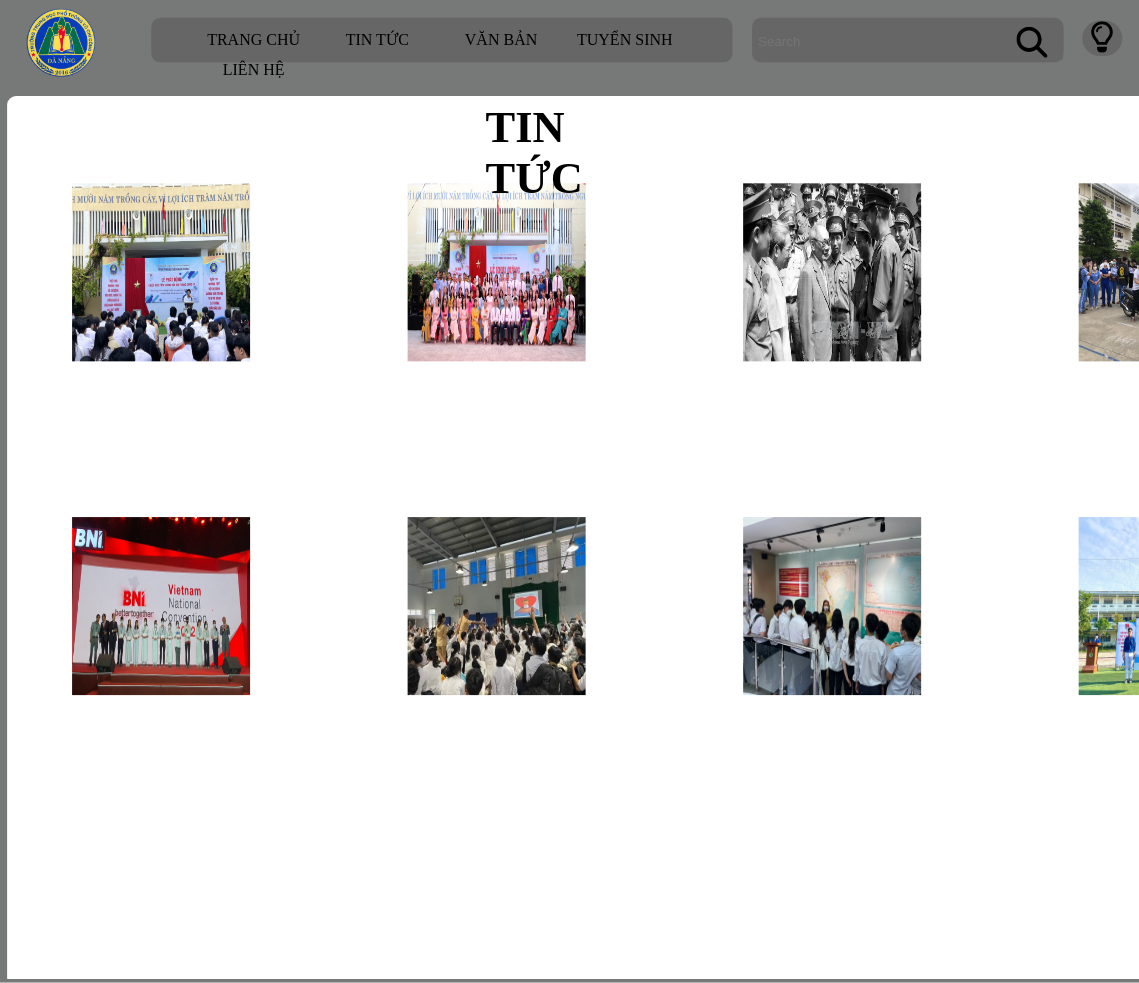
Repository: dphasst17/THPTVCC
Page: new/new.html
An editor plug-in stored every save of this project. The page is shown before and after the next save, followed by the edit.
The browser window is 1280 px wide. The pictures show the whole page, at 89% of full size.

Above is the page before, as saved 2022-10-13 09:45:00.

After the next save:
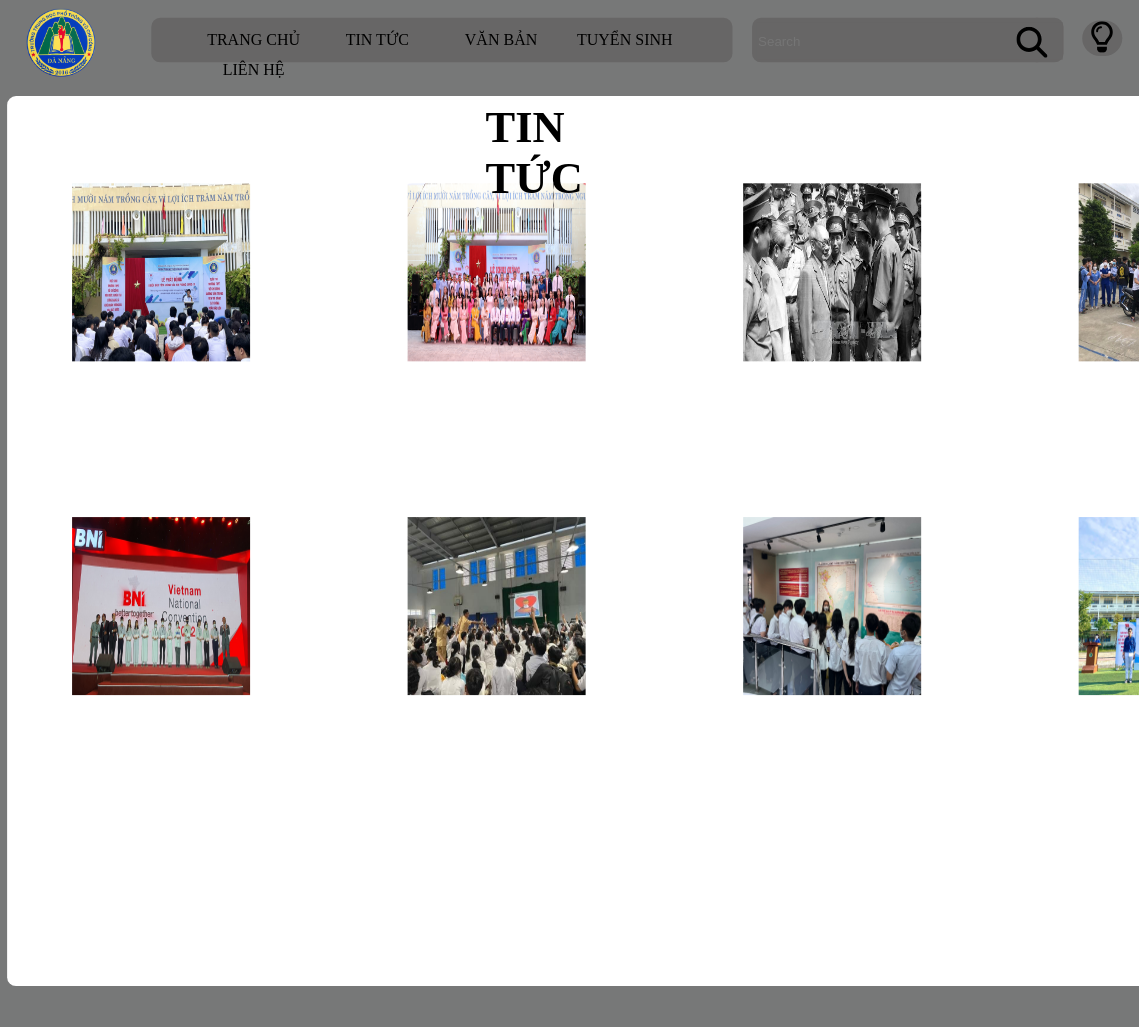
Saved 5 s later.
--- a/new/new.html
+++ b/new/new.html
@@ -83,7 +83,7 @@
     </header>
     <div class="container">
         <article style="width:100%;">
-            <iframe name="page" src="./new_content/new_content_home.html" frameborder="0" width="100%" height="1000px">
+            <iframe name="page" src="./new_content/new_content_home.html" frameborder="0" width="100%" height="1050px">
             </iframe>
         </article>
     </div>
